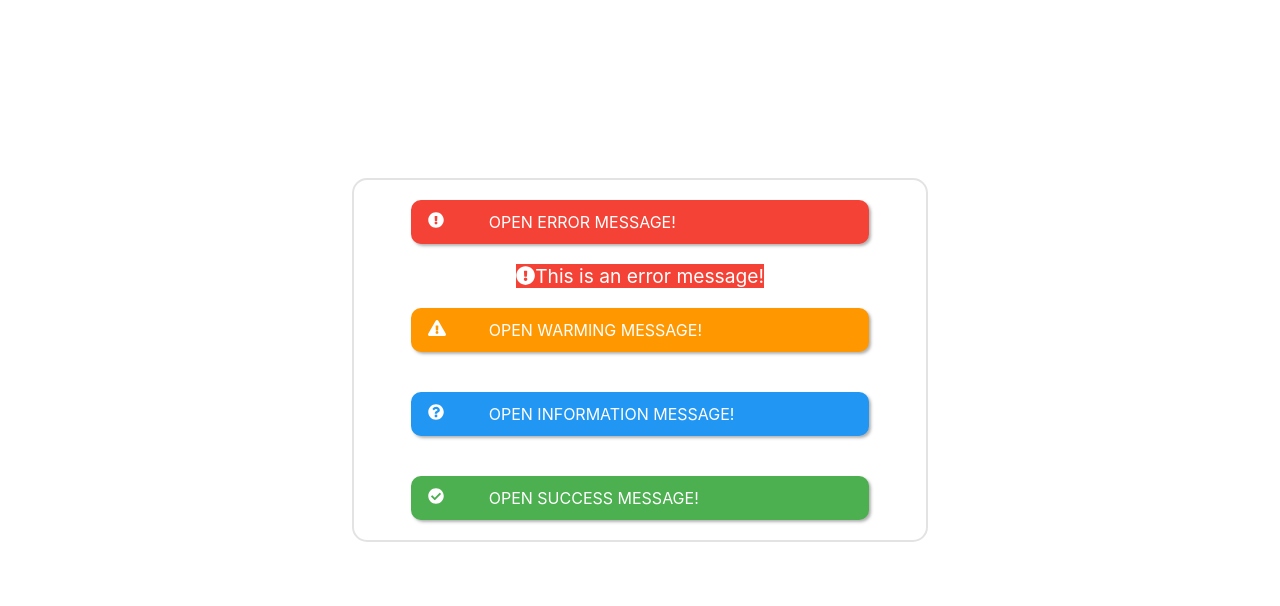
Repository: KrzysKolo/sr_tydzien5_zad2
Page: /, after clicking the first element matching `div.btn`
The author's editor kept a copy of each file at every save. The page is drawn from the files as they stood at one save, then again after the next save.
The browser window is 1280 px wide. The pictures show the whole page.
The project was rebuilt for these pictures with package versions that can differ from the ones it lists, and the page was loaded fresh each time.

Above is the page before, as saved 2020-12-28 03:42:33.

### public/index.html
<!DOCTYPE html>
<html lang="en">
  <head>
    <meta charset="utf-8" />
    <link rel="icon" href="%PUBLIC_URL%/favicon.ico" />
    <meta name="viewport" content="width=device-width, initial-scale=1" />
    <meta name="theme-color" content="#000000" />
    <meta
      name="description"
      content="Web site created using create-react-app"
    />
    <link rel="apple-touch-icon" href="%PUBLIC_URL%/logo192.png" />
    <!--
      manifest.json provides metadata used when your web app is installed on a
      user's mobile device or desktop. See https://developers.google.com/web/fundamentals/web-app-manifest/
    -->
    <link rel="manifest" href="%PUBLIC_URL%/manifest.json" />
    <!--
      Notice the use of %PUBLIC_URL% in the tags above.
      It will be replaced with the URL of the `public` folder during the build.
      Only files inside the `public` folder can be referenced from the HTML.

      Unlike "/favicon.ico" or "favicon.ico", "%PUBLIC_URL%/favicon.ico" will
      work correctly both with client-side routing and a non-root public URL.
      Learn how to configure a non-root public URL by running `npm run build`.
    -->
    <title>Zad 2 - snackbar</title>
  </head>
  <body>
    <noscript>You need to enable JavaScript to run this app.</noscript>
    <div id="root"></div>
    <!--
      This HTML file is a template.
      If you open it directly in the browser, you will see an empty page.

      You can add webfonts, meta tags, or analytics to this file.
      The build step will place the bundled scripts into the <body> tag.

      To begin the development, run `npm start` or `yarn start`.
      To create a production bundle, use `npm run build` or `yarn build`.
    -->
  </body>
</html>

### src/App.js
import React from 'react';
import Buttons from './components/Buttons';
import './App.css';
const App = () => {
  return (
    <div className="wrapper--btn">
      <Buttons />
    </div>
  )
}

export default App;

### src/components/Buttons.js
import React, {useState} from 'react';
import ButtonsData from './../data/ButtonsData';
import Button from './Button';
import Snackbar from './Snackbar';

const Buttons = () => {

    return (
        <>
            {ButtonsData.map(button =>
                <Button key={button.id} data={button}/>
            )}

        </>
    )
}

export default Buttons;

### src/App.css
* {
  box-sizing: border-box;
  margin: 0;
  position: relative;
}
body {
  width: 100vw;
  height: 100vh;
  display: flex;
  flex-direction: row;
  justify-content: center;
  align-items: center;
}
.wrapper--btn {
  border: 2px solid #e3e3e3;
  border-radius: 15px;
  width: 45vw;
  display: flex;
  flex-direction: column;
  justify-content: center;
  align-items: center;
}
.btn {
  border-radius: 10px;
  color: rgb(240, 239, 244);
  cursor: pointer;
  outline: none;
  padding: 10px 15px;
  margin: 20px;
  width: 80%;
  display: grid;
  grid-template-columns: 0.5fr 3fr;
  box-shadow: 2px 2px 3px rgba(102, 102, 102, 0.5);
  transition: all 0.3s ease-in-out;
}
.snackbar {
  font-size: 1.2rem;
}
.error {
  color: white;
  background: rgb(244, 67, 54);
}

.success {
  color: rgb(124, 0, 0);
  background: rgb(76, 175, 80);
}
.information {
  color: yellow;
  background: rgb(33, 150, 243);
}

.warning {
  background: rgb(255, 152, 0);
  color: black;
}

### src/data/ButtonsData.js
const ButtonsData = [
    {
      id: 0,
      name: "OPEN ERROR MESSAGE!",
      color: "rgb(244, 67, 54)",
      icon: "faExclamationCircle",
      type: "error",
      message: "This is an error message!",
    },
    {
      id: 1,
      name: "OPEN WARMING MESSAGE!",
      color: "rgb(255, 152, 0)",
      icon: "faExclamationTriangle",
      type: "warning",
      message: "This is a warning message!",
    },
    {
      id: 2,
      name: "OPEN INFORMATION MESSAGE!",
      color: "rgb(33, 150, 243)",
      icon: "faQuestionCircle",
      type: "information",
      message: "This is an information message!",
    },
    {
      id: 3,
      name: "OPEN SUCCESS MESSAGE!",
      color: "rgb(76, 175, 80)",
      icon: "faCheckCircle",
      type: "success",
      message: "This is a success message!",
    },

  ]
 export default ButtonsData;

### src/components/Button.js
import React, { useState } from 'react';
import Icons from './Icons';
import Snackbar from './Snackbar';


const Button = ({data } ) => {

    const [isHover, setIsHover] = useState(false);
    const OutStyle = {
        border: `2px solid ${data.color}`,
        background: data.color,
        color: "#fff",
      };

      const OverStyle = {
        border: `2px solid ${data.color}`,
        backgroundColor: "#fff",
        color: data.color,

      };
    const [shownSnackbar, setShownSnackbar] = useState(false);
    const handleClick = () => {

        setShownSnackbar(true);

    };
    return (
        <>

        <div className="btn"
        /* onClick={() => switchFunction(event)} */
        onClick={handleClick}
        style={isHover ? OverStyle : OutStyle}
        onMouseOver={() => setIsHover(true)}
        onMouseOut={() => setIsHover(false)}>
            <Icons icon={data.icon}/>
             {data.name}
        </div>
        {shownSnackbar && <Snackbar type={data.type} message={data.message} icon={data.icon} />}
        </>
    )
}

export default Button;

### src/components/Snackbar.js
import React from 'react';
import Icons from './Icons';
const Snackbar = ({type, message, icon}) => {
    return (
        <div className={`snackbar ${type}`}>
           <Icons icon={icon} />{message}
        </div>
    )
}

export default Snackbar

### src/components/Icons.js
import React from 'react';
import { FontAwesomeIcon } from '@fortawesome/react-fontawesome';
import { faCheckCircle, faQuestionCircle, faExclamationTriangle, faExclamationCircle } from '@fortawesome/free-solid-svg-icons';

const Icons = ({icon}) => {

        switch (icon) {
            case 'faExclamationCircle': return <FontAwesomeIcon icon={faExclamationCircle} />;
            case 'faExclamationTriangle': return <FontAwesomeIcon icon={faExclamationTriangle} />;
            case 'faQuestionCircle': return <FontAwesomeIcon icon={faQuestionCircle} />;
            case 'faCheckCircle': return <FontAwesomeIcon icon={faCheckCircle} />;
            default: return null;
            }



}

export default Icons;

Loaded but not shown: src/index.js (common file); src/index.css (common file)

After the next save:
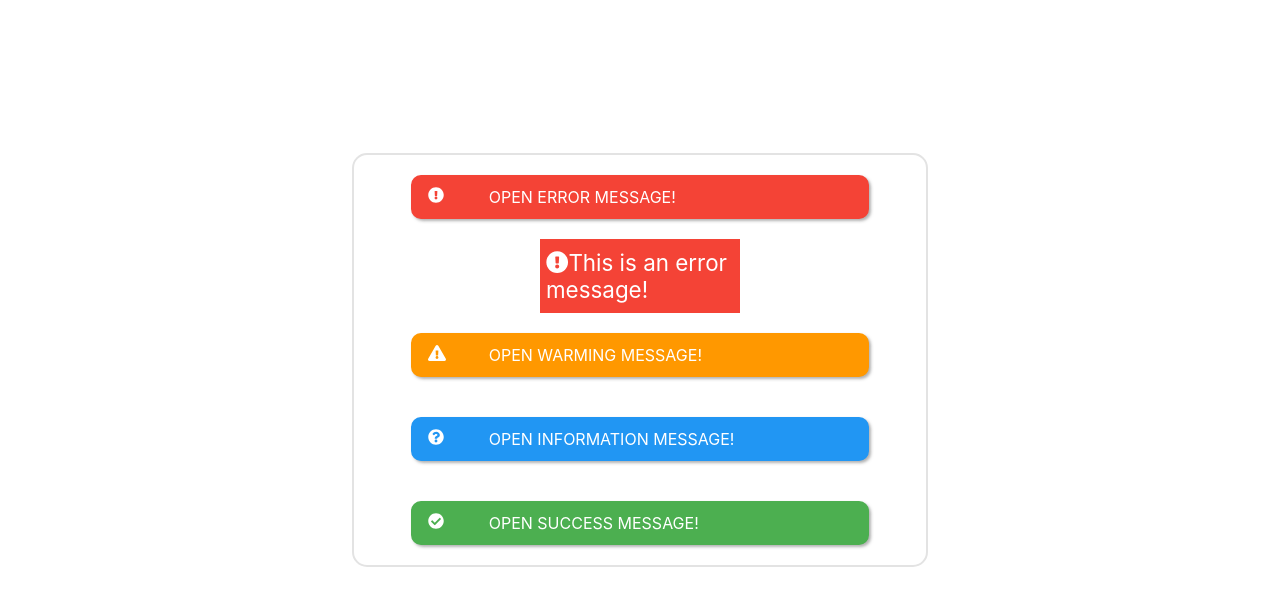
Saved 54 s later.
--- a/src/App.css
+++ b/src/App.css
@@ -34,7 +34,9 @@ body {
   transition: all 0.3s ease-in-out;
 }
 .snackbar {
-  font-size: 1.2rem;
+  font-size: 1.4rem;
+  width: 200px;
+  padding: 10px 6px;
 }
 .error {
   color: white;
